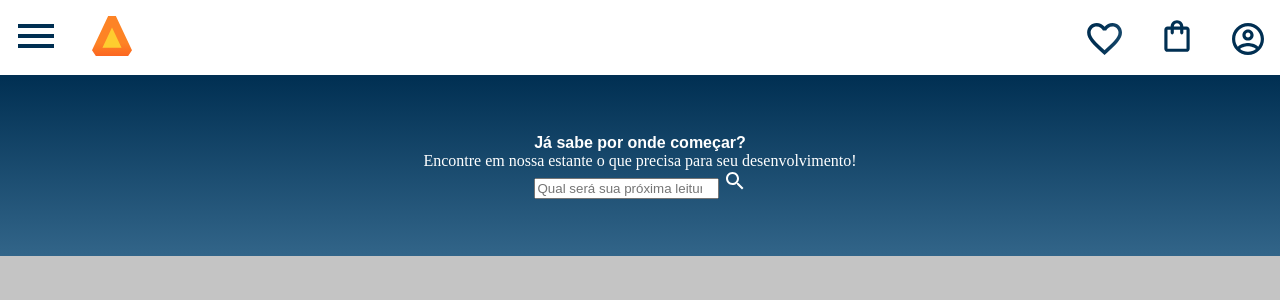
Repository: DamnDTX/projeto-mobile
Page: index.html
An editor plug-in stored every save of this project. The page is shown before and after the next save, followed by the edit.
The browser window is 1280 px wide. The pictures show the whole page.

Above is the page before, as saved 2023-07-28 09:33:05.

After the next save:
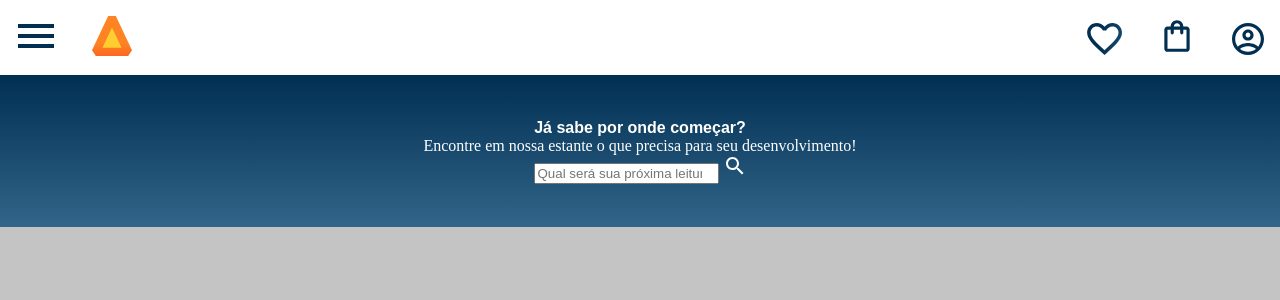
Saved 16 s later.
--- a/styles/banner.css
+++ b/styles/banner.css
@@ -12,7 +12,7 @@
     background:linear-gradient(#002F52, #326589) ;
     color: var(--cor-fonte-banner);
     text-align: center;
-    padding: 8vh;
+    padding: 6vh;
 }
 
 .banner__titulo{
